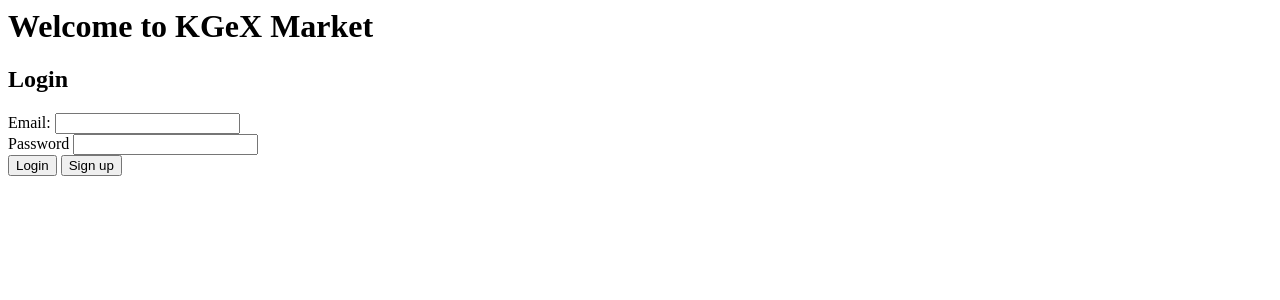
Repository: Keko1/market
Page: http://localhost/Market/LoginController
The author's editor kept a copy of each file at every save. The page is drawn from the files as they stood at one save, then again after the next save.
The browser window is 1280 px wide. The pictures show the whole page.
The page is served by Tomcat 9. Other server files are loaded and not shown. Queries for data that is not in the repository find no rows.

Above is the page before, as saved 2021-02-10 13:00:33.

### Market/WebContent/login.jsp
<html>
<head>
<meta charset=utf-8>
<title>Login Page</title>
</head>
<body>
<h1>Welcome to KGeX Market</h1>
<h2>Login</h2>
	<div class="">
		<form method="post" action="LoginController" >
		  <label class="col-md-2">Email:</label class="col-md-2">
  		  <input class="input" type="email" id="email" name="email"><br>
  		  <label class="col-md-2">Password</label class="col-md-2">
  		  <input class="input" type="password" id="pass" name="pass"><br>
  		  <button class="btn btn-success" type="submit">Login</button>
  		  <form method="get" onsubmit="return home.jsp" >
  		  <button class="btn btn-success" type="submit">Sign up</button>
</body>
</html>

### Market/src/com/market/LoginController.java
	package com.market;

	import java.io.*;
	import javax.servlet.RequestDispatcher;
	import javax.servlet.ServletException;
	import javax.servlet.http.*;

	public class LoginController extends HttpServlet {
		protected void doPost(HttpServletRequest request, HttpServletResponse response)
				throws ServletException, IOException {
			response.setContentType("text/html");
			PrintWriter out = response.getWriter();

			String email = request.getParameter("email");
			String password = request.getParameter("pass");
			String signup = request.getParameter("signup");
			Customer customer = new Customer();
			customer.setEmail(email);
			customer.setPassword(password);
			request.setAttribute("customer", customer);

			boolean status = customer.validate();

			if (status) {
				RequestDispatcher rd = request.getRequestDispatcher("market.jsp");
				rd.forward(request, response);
			} else {
				RequestDispatcher rd = request.getRequestDispatcher("login.jsp");
				rd.forward(request, response);
			}

		}

		@Override
		protected void doGet(HttpServletRequest req, HttpServletResponse resp) throws ServletException, IOException {
			doPost(req, resp);
		}
	}

### Market/src/com/market/Customer.java
package com.market;

import java.sql.*;
import javax.xml.bind.*;
import javax.servlet.RequestDispatcher;
import javax.servlet.ServletException;
import javax.servlet.http.*;

public class Customer {
	String first_name;
	String email;
	String last_name;
	String phone;
	String password;

	public Customer(String first_name, String email, String last_name, String phone, String password) {
		super();
		this.first_name = first_name;
		this.email = email;
		this.last_name = last_name;
		this.phone = phone;
		this.password = password;
	}

	public Customer() {
		// TODO Auto-generated constructor stub
	}

	public String getFirst_name() {
		return first_name;
	}

	public void setFirst_name(String first_name) {
		this.first_name = first_name;
	}

	public String getEmail() {
		return email;
	}

	public void setEmail(String email) {
		this.email = email;
	}

	public String getLast_name() {
		return last_name;
	}

	public void setLast_name(String last_name) {
		this.last_name = last_name;
	}

	public String getPhone() {
		return phone;
	}

	public void setPhone(String phone) {
		this.phone = phone;
	}

	public String getPassword() {
		return password;
	}

	public void setPassword(String password) {
		this.password = password;
	}
	public boolean validate(){
		String jdbcDriver = "com.microsoft.sqlserver.jdbc.SQLServerDriver";
		String jdbcURL = "jdbc:sqlserver://localhost;Databasename=market;user=sa;password=123;";
		int i = 0;
		try {
			Class.forName(jdbcDriver).newInstance();
			Connection conn = DriverManager.getConnection(jdbcURL);
			Statement st = conn.createStatement();
			ResultSet rs = st.executeQuery("select count(*) AS COUNT from customers where email = '" + this.email +"' and password = '" + this.password + "';");
			while (rs.next()) {
				i = (int) rs.getObject(1);
			}
		} catch (Exception e){
			e.printStackTrace(System.err);
		    System.exit(0);
		}

		if (i > 0)
			return true;
		return false;
	}
	public boolean checkMail(){
		String jdbcDriver = "com.microsoft.sqlserver.jdbc.SQLServerDriver";
		String jdbcURL = "jdbc:sqlserver://localhost;Databasename=market;user=sa;password=123;";
		int i = 0;
		try {
			Class.forName(jdbcDriver).newInstance();
			Connection conn = DriverManager.getConnection(jdbcURL);
			Statement st = conn.createStatement();
			ResultSet rs = st.executeQuery("select count(*) AS COUNT from customers where email = '" + this.email +"';");

			while (rs.next()) {
				i = (int) rs.getObject(1);

			}
			if(i > 0) {

				return false;
			}
			return true;
		} catch (Exception e){
			e.printStackTrace(System.err);
		    System.exit(0);
		    return false;
		}
	}

	public void register() {
		String jdbcDriver = "com.microsoft.sqlserver.jdbc.SQLServerDriver";
		String jdbcURL = "jdbc:sqlserver://localhost;Databasename=market;user=sa;password=123;";

		try {
			Class.forName(jdbcDriver).newInstance();
			Connection conn = DriverManager.getConnection(jdbcURL);
			Statement st = conn.createStatement();
			st.executeUpdate("insert into customers (first_name,last_name,email,phone,password ) values('" + first_name + "', '" + last_name + "', '" + email + "', '" + phone + "', '" + password + "');");

	}
		catch (Exception e){
			e.printStackTrace(System.err);
		    System.exit(0);
		}
	}
}

After the next save:
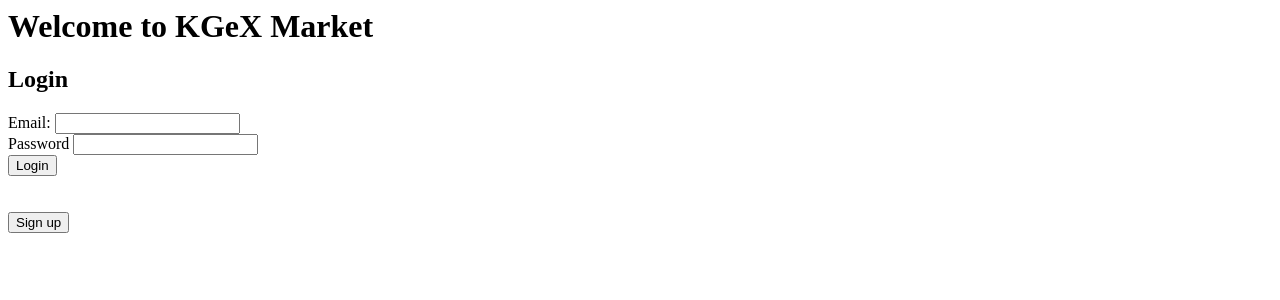
Saved 2 min 57 s later.
--- a/Market/WebContent/login.jsp
+++ b/Market/WebContent/login.jsp
@@ -12,8 +12,8 @@
   		  <input class="input" type="email" id="email" name="email"><br>
   		  <label class="col-md-2">Password</label class="col-md-2">
   		  <input class="input" type="password" id="pass" name="pass"><br>
-  		  <button class="btn btn-success" type="submit">Login</button>
-  		  <form method="get" onsubmit="return home.jsp" >
-  		  <button class="btn btn-success" type="submit">Sign up</button>
+  		  <button class="btn btn-success" type="submit">Login</button><br>
+
+  		  <br><br><button class="btn btn-success" type="submit" onclick="return home.jsp">Sign up</button>
 </body>
 </html>
